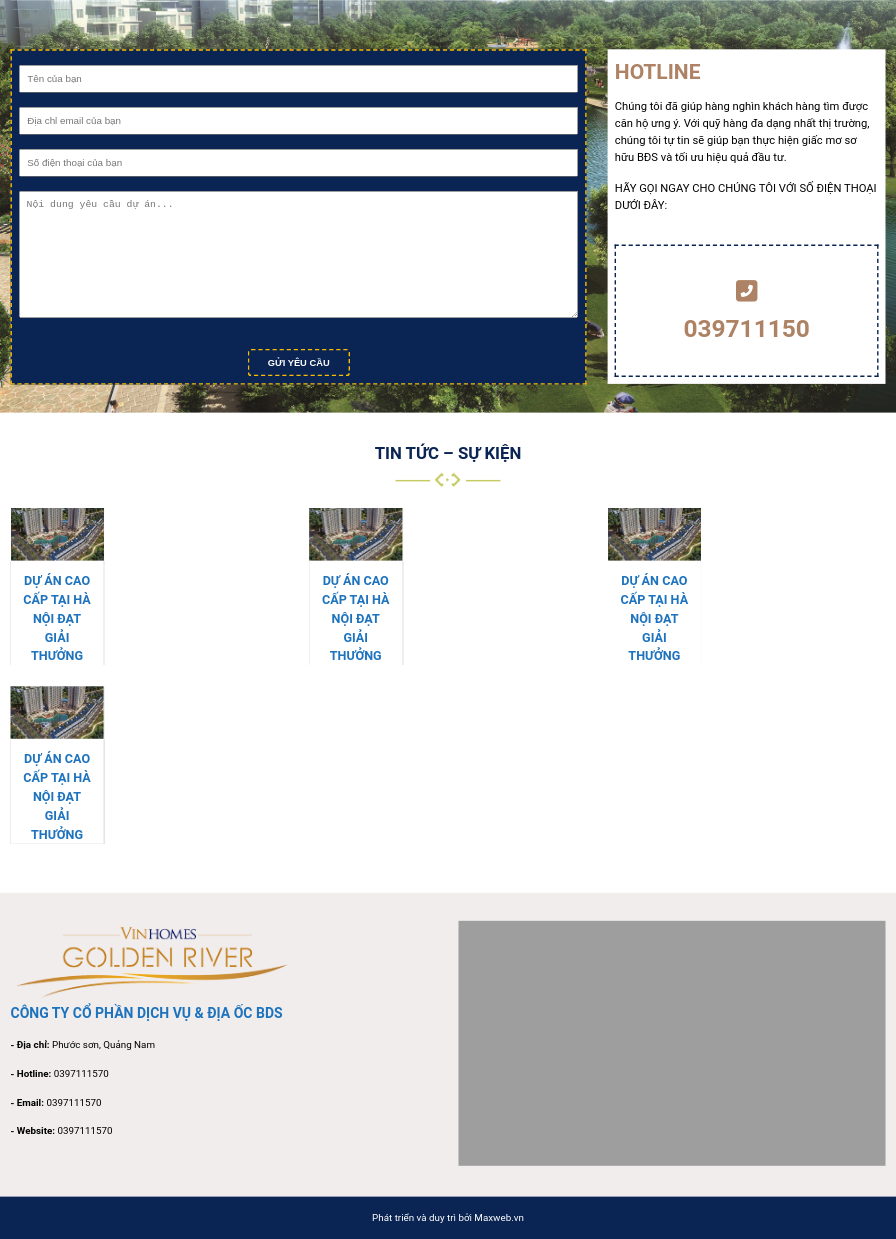
Repository: phamphuc2/fontend-bds
Page: index.html
An editor plug-in stored every save of this project. The page is shown before and after the next save, followed by the edit.
The browser window is 1280 px wide. The pictures show the part of the page from y = 2259 to 4179 px (the page is 4029 px tall before and 4179 px after), at 70% of full size.
Pictures or frames that could not be fetched are drawn as grey boxes. Backgrounds fixed to the window are drawn as part of the page. Some web libraries are served in a nearby version.

Above is the page before, as saved 2022-06-10 08:21:38.

After the next save:
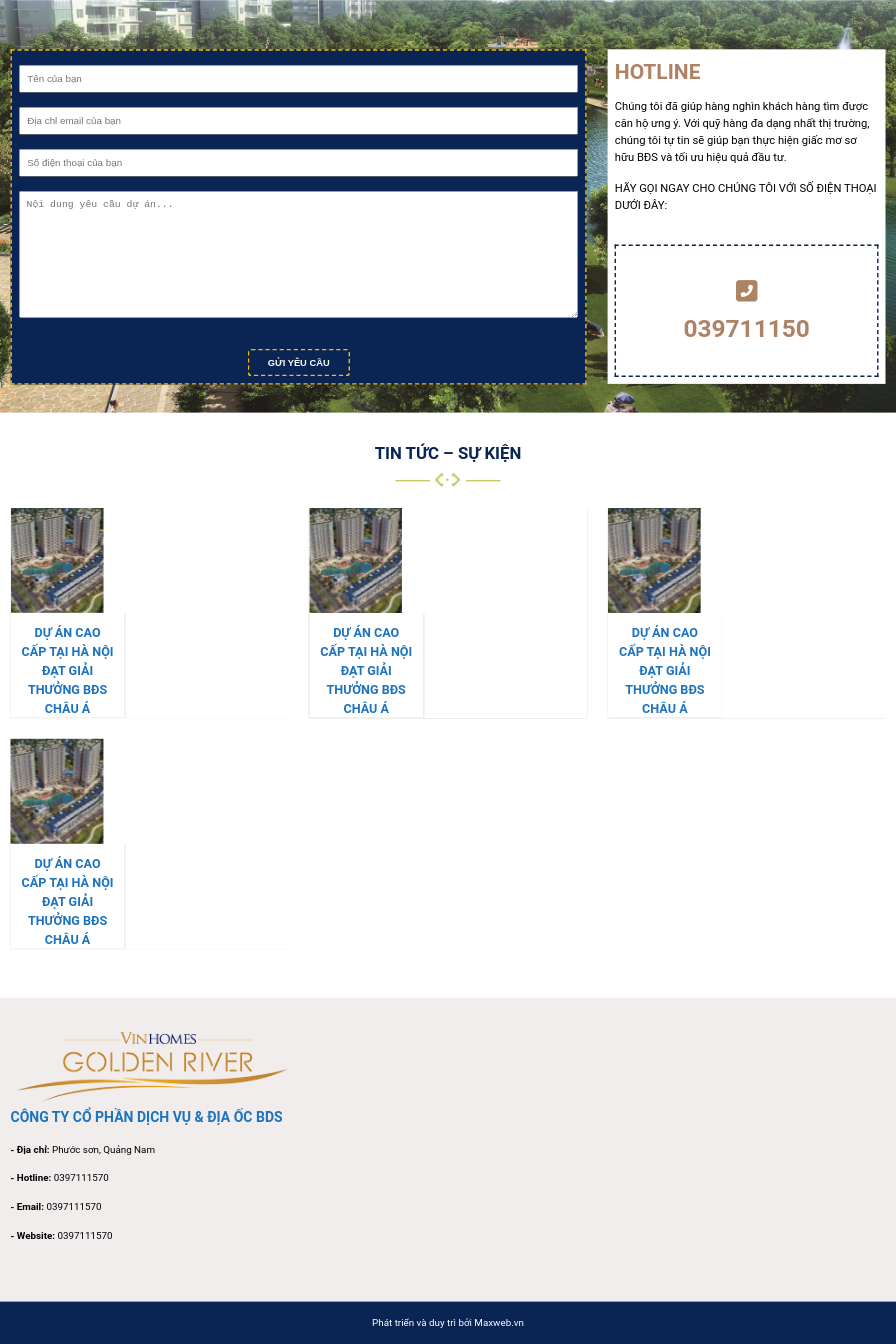
Saved 22 s later.
--- a/assets/js/theme.js
+++ b/assets/js/theme.js
@@ -10,7 +10,7 @@
         prevArrow: $('.arrow .arrow-right'),
     });
     // slide new
-    $('.new .box-new').slick({
+    $('.new .box-new .box-item').slick({
         infinite: true,
         slidesToShow: 3,
         slidesToScroll: 1,
